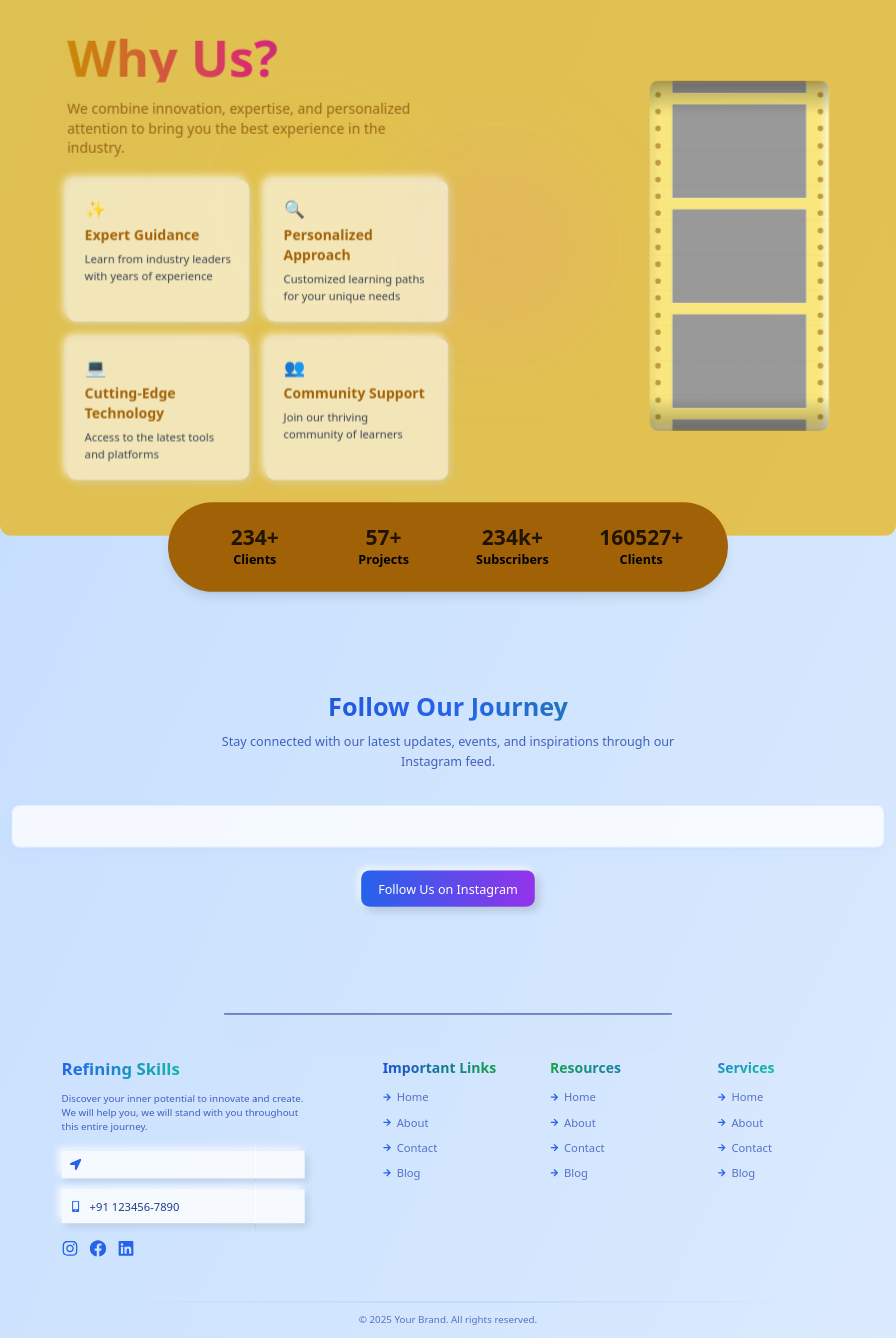
Repository: Kish202/rsacademy
Page: / (app in frontend/)
The author's editor kept a copy of each file at every save. The page is drawn from the files as they stood at one save, then again after a run of saves.
The browser window is 1280 px wide. The pictures show the part of the page from y = 818 to 2738 px (the page is 2730 px tall before and 2738 px after), at 70% of full size.
Pictures or frames that could not be fetched are drawn as grey boxes. The project was rebuilt for these pictures with package versions that can differ from the ones it lists, and the page was loaded fresh each time. Also part of the build but not shown: frontend/vite.config.js, frontend/src/components/ReviewsFeed.jsx.

Above is the page before, as saved 2025-04-27 23:19:36.

After the next 4 saves:
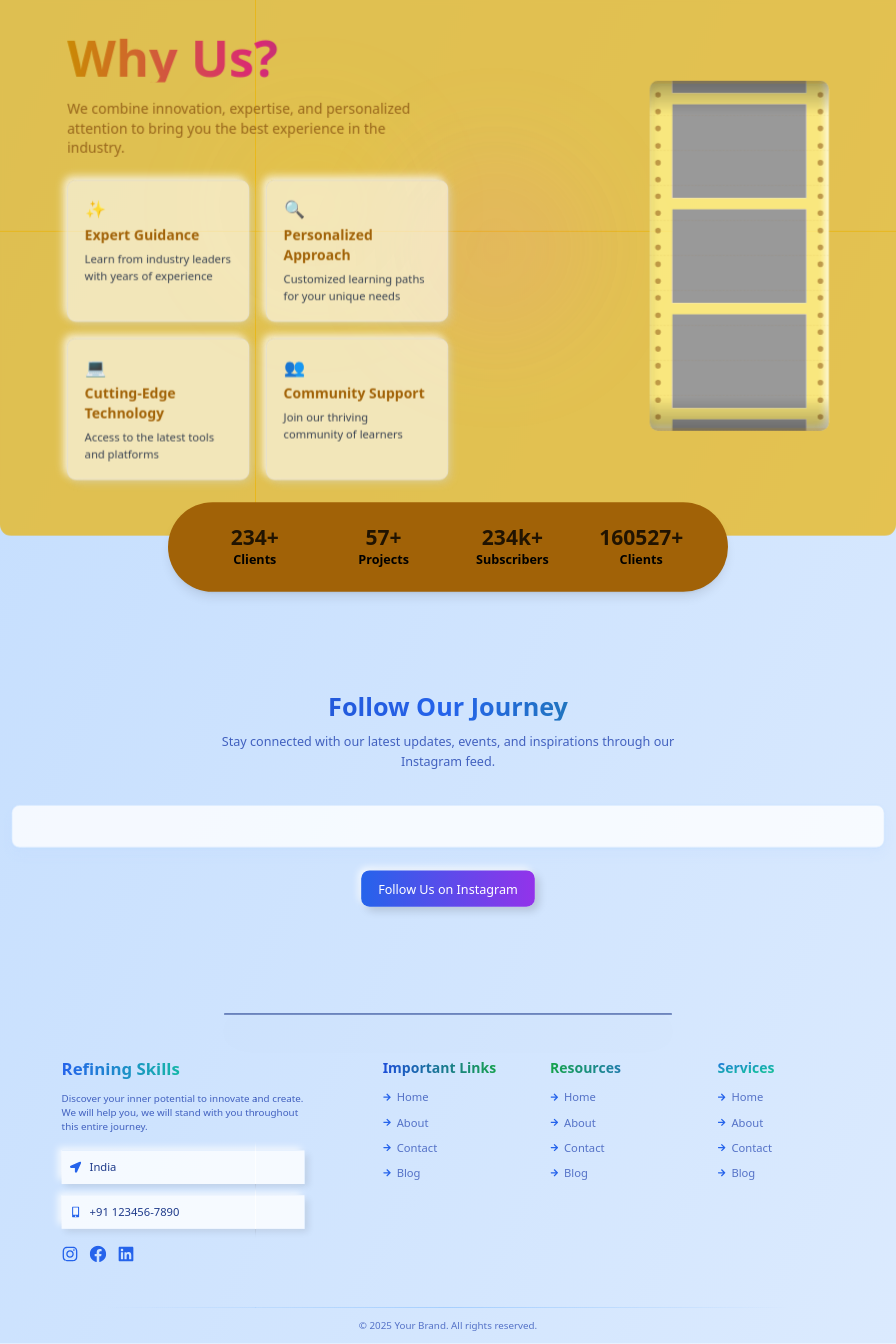
The 4 saves are shown as one change because they came seconds apart.
The last was saved 13 s later.
--- a/frontend/src/components/Footer.jsx
+++ b/frontend/src/components/Footer.jsx
@@ -67,7 +67,7 @@ function Footer() {
                 ? 'bg-blue-800/50 shadow-[3px_3px_5px_rgba(0,0,0,0.4),-2px_-2px_5px_rgba(70,100,150,0.1)]'
                 : 'bg-white/80 shadow-[5px_5px_10px_rgba(0,0,0,0.1),-5px_-5px_10px_rgba(255,255,255,0.8)]'}`}>
               <FaLocationArrow className={isDarkMode ? 'text-blue-400' : 'text-blue-600'} />
-              <p></p>
+              <p>India</p>
             </div>
 
             <div className={`flex items-center gap-3 mt-4 p-3 rounded-lg transition-all duration-300
